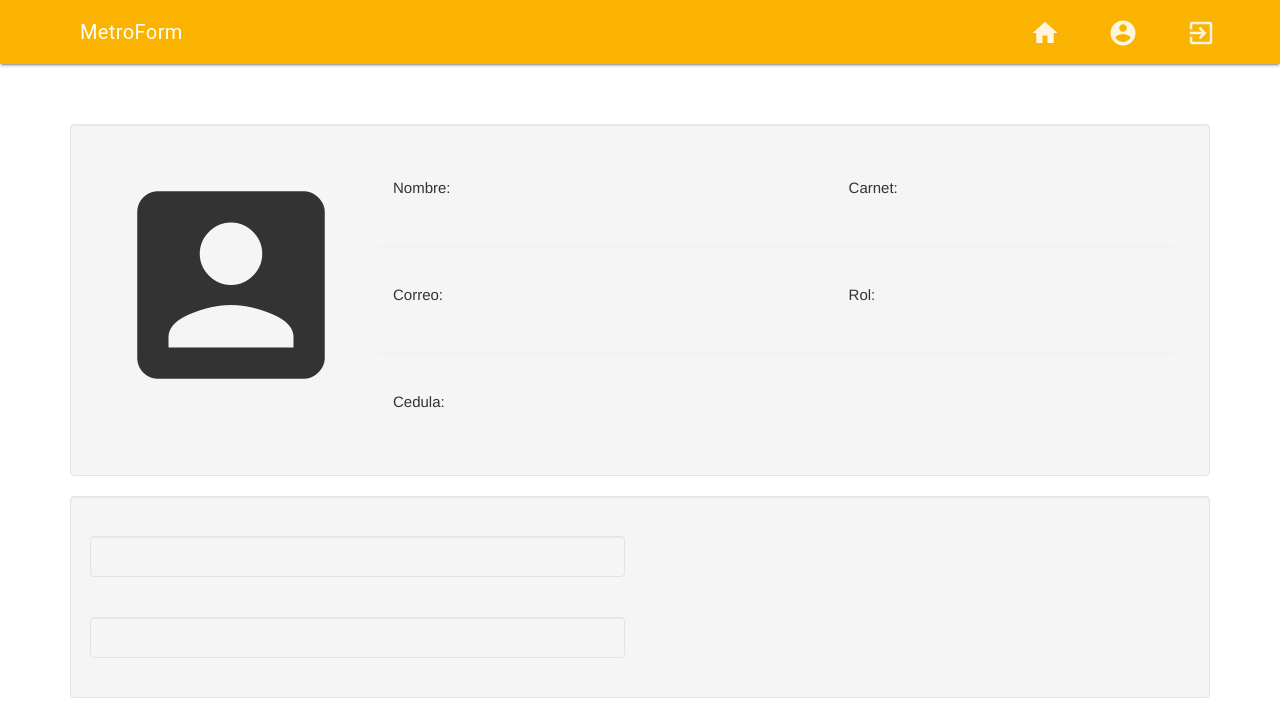
Repository: rodolfofranco/Metroform
Page: Vistas/Usuario.html
The author's editor kept a record of every edit. The page is drawn from the files as they stood at one moment, then again after the next edit.
The browser window is 1280 px wide. The pictures show the whole page.
The page's requests for data from a server got no answer. Some web libraries are served in a nearby version.

Above is the page before.

### Vistas/Usuario.html
<!doctype html>
<html lang="en">
<head>
    <meta charset="UTF-8">
    <title>Usuario</title>
    <link rel="icon" href="https://docs.google.com/drawings/d/1ylcSicomADdqRAxfwIYxs4rZHaAItDxtS83HyI_O_Zs/pub?w=113&h=50">
    <link rel="stylesheet" href="https://fonts.googleapis.com/icon?family=Material+Icons">
    <link rel="stylesheet" href="https://code.getmdl.io/1.3.0/material.indigo-pink.min.css">
        <!-- Latest compiled and minified CSS -->
    <link rel="stylesheet" href="https://maxcdn.bootstrapcdn.com/bootstrap/3.3.7/css/bootstrap.min.css" integrity="sha384-BVYiiSIFeK1dGmJRAkycuHAHRg32OmUcww7on3RYdg4Va+PmSTsz/K68vbdEjh4u" crossorigin="anonymous">

    <!-- Latest compiled and minified JavaScript -->
    <script type = "text/javascript" src = "https://code.jquery.com/jquery-3.1.1.min.js"></script>
    <script src="https://maxcdn.bootstrapcdn.com/bootstrap/3.3.7/js/bootstrap.min.js" integrity="sha384-Tc5IQib027qvyjSMfHjOMaLkfuWVxZxUPnCJA7l2mCWNIpG9mGCD8wGNIcPD7Txa" crossorigin="anonymous"></script>
    <script defer src="https://code.getmdl.io/1.3.0/material.min.js"></script>
    <link rel="stylesheet" href="css/Usuario.css">
</head>
<body>
<!-- Always shows a header, even in smaller screens. -->
<div class="mdl-layout mdl-js-layout mdl-layout--fixed-header">
  <header class="mdl-layout__header" style="background-color: #f9b300">
    <div class="mdl-layout__header-row">
      <!-- Title -->
      <span class="mdl-layout-title">MetroForm</span>
      <!-- Add spacer, to align navigation to the right -->
      <div class="mdl-layout-spacer"></div>
      <!-- Navigation. We hide it in small screens. -->
      <nav class="mdl-navigation mdl-layout--large-screen-only">
      <a class="mdl-navigation__link links" href="/Home">
        <div class=""></div>
        <i class="icon material-icons" id="iconHome" style="text-allign:right ; font-size: 30px">home</i>
        <div class="mdl-tooltip mdl-tooltip--large" for="iconHome">
          Inicio
        </div>
      </a>
      <a class="mdl-navigation__link links" href="/Usuario">
        <i class="icon material-icons" id="iconAccount" style="text-allign:right ; font-size: 30px">account_circle</i>
        <div class="mdl-tooltip mdl-tooltip--large" id="perfil" for="iconAccount">

        </div>
      </a>
      <a class="mdl-navigation__link links" href="/logout">
        <i class="icon material-icons" id="iconLogout" style="text-allign:right ; font-size: 30px">exit_to_app</i>
        <div class="mdl-tooltip mdl-tooltip--large" for="iconLogout">
          Salir
        </div>
      </a>
      </nav>

    </div>
  </header>
  <div class="mdl-layout__drawer">
    <span class="mdl-layout-title">Menu</span>
    <nav class="mdl-navigation" id="menu">
    </nav>
  </div>
   <!-- Acá va el contenido de la vista -->
  <main class="mdl-layout__content">
    <div class="page-content container">
      <br>
      <br>
      <br>
      <div class="well">
        <div class="mdl-grid">

          <div class="mdl-cell mdl-cell--3-col">
            <i class="material-icons resize">account_box</i>
          </div>

          <div class="mdl-cell mdl-cell--9-col">
            <div class="mdl-grid">
              <div class="mdl-cell mdl-cell--1-col">
                <p class="datos-Perfil">Nombre:</p>
              </div>
              <div id="nombre" class="mdl-cell mdl-cell--6-col">
              </div>
              <div class="mdl-cell mdl-cell--1-col">
                <p class="datos-Perfil" id="car">Carnet:</p>
              </div>
              <div id="carnet" class="mdl-cell mdl-cell--4-col">

              </div>
            </div>
            <hr>
            <div class="mdl-grid">
              <div class="mdl-cell mdl-cell--1-col">
                <p class="datos-Perfil">Correo:</p>
              </div>
              <div id="correo" class="mdl-cell mdl-cell--6-col">

              </div>
              <div class="mdl-cell mdl-cell--1-col">
                <p class="datos-Perfil">Rol:</p>
              </div>
              <div id="rol" class="mdl-cell mdl-cell--4-col">

              </div>
            </div>
            <hr>
            <div class="mdl-grid">
              <div class="mdl-cell mdl-cell--1-col">
                <p class="datos-Perfil" id="ced">Cedula:</p>
              </div>
              <div id="cedula" class="mdl-cell mdl-cell--6-col">

              </div>
            </div>
          </div>

        </div>
      </div>
      <div class="well">
        <center>
          <div class="row">
            <div class="col-sm-6" >
              <div id="titulo2">

              </div>
              <table class="mdl-data-table mdl-js-data-table mdl-data-table mdl-shadow--2dp">

                  <thead id="tablaDocente">

                  </thead>

                <tbody id="matDocente">

                </tbody>

              </table>
              <br>
        <div class="well">
        <center>
          <div class="row">
            <div class="col-sm-6" >
              <div id="titulo">

              </div>
              <table class="mdl-data-table mdl-js-data-table mdl-data-table mdl-shadow--2dp">

                  <thead id="tablaUsuario">

                  </thead>

                <tbody id="matUsuario">

                </tbody>

              </table>
            </div>
            <div class="col-sm-6" id="est" style="display:none">
                <div id="titulo2">

                </div>
                <form action="/Usuario" id="retirar" method="POST">
                  <select class="form-control"  name="materia" id="materia">
                    <option selected="selected" disabled>Seleccione la Materia a retirar</option>
                  </select>
                  <br>
                  <br>
                  <br>
                  <div id="enviar">

                  </div>
                </form>

              </div>

            </div>
          </div>

          <br>

          <div class="well">
        <center>
          <div class="row">
            <div class="col-sm-6" >
              <div id="titulo3">

              </div>
              <table class="mdl-data-table mdl-js-data-table mdl-data-table mdl-shadow--2dp">

                  <thead id="tablaJefe">

                  </thead>

                <tbody id="matDocente">

                </tbody>

              </table>

        </center>


    </div>
  </main>
</div>
<script type="text/javascript" src="js/usuarioActivo.js"></script>
<script type="text/javascript" src="js/materiaUsuario.js"></script>
</body>
</html>

### css/Usuario.css
.mdl-layout__drawer .mdl-navigation .mdl-navigation__link:hover {
    background-color: #90caf9;
}

.background {
    background-image: url("http://www.unimet.edu.ve/unimetsite/wp-content/themes/unimet/images/bg-unimet.jpg");
    background-repeat: no-repeat;
}

.datos-Perfil{
    font-size: 15px;
}

.perfil{
    font-size: 25px;
}

i.material-icons.resize{
    font-size:250px;
}

### js/usuarioActivo.js
$(document).ready(function() {
    // all custom jQuery will go here

    let urlE = "https://metroform-aleguerrero.c9users.io/usuarioActivo";
    let urlJefes= "https://metroform-aleguerrero.c9users.io/getJefes";
    let urlDocentes = "https://metroform-aleguerrero.c9users.io/getDocentes";


        $.getJSON(urlE,function(data){
            $.getJSON(urlDocentes,function(docente){
                $.getJSON(urlJefes,function(jefe){
                    if(data.scope!="admin"){
                        $('#perfil').append(data.nombre);
                        $('#nombre').append('<p class="perfil">'+data.nombre+'</p>');
                        $('#carnet').append('<p class="perfil">'+data.carnet+'</p>');
                        $('#cedula').append('<p class="perfil">'+data.cedula+'</p>');
                        $('#correo').append('<p class="perfil">'+data.correo+'</p>');
                        $('#rol').append('<p class="perfil">'+data.scope+'</p>');
                    }



                    if(data.scope=="admin"){
                        $('#perfil').append('Admin');
                        $('#nombre').append('<p class="perfil">Admin</p>');
                        $('#car').remove();
                        $('#ced').remove();
                        $('#correo').append('<p class="perfil">admin@admin.com</p>');
                        $('#rol').append('<p class="perfil">Admin</p>');
                    }

                    $('#menu').append('<a class="mdl-navigation__link links" style="text-decoration:none"href="/Home"><i class="material-icons">home</i>    Inicio</a>');
                    if(data.scope=="Estudiante"){
                        $('#menu').append('<a class="mdl-navigation__link links" style="text-decoration:none" href="/EncuestaB">'+
                        '<i class="material-icons">description</i>Encuesta</a>')
                    }
                    if(data.scope=="Estudiante"){
                        $('#menu').append('<a class="mdl-navigation__link links" style="text-decoration:none" href="/Inscripcion">'+
                        '<i class="material-icons">control_point</i>Inscripcion</a>')
                    }
                    if(data.scope=="Profesor"){
                        $('#menu').append('<a class="mdl-navigation__link links" style="text-decoration:none" href="/EncuestaA">'+
                        '<i class="material-icons">description</i>Encuesta</a>')
                    }
                    if(data.scope=="Profesor"){
                        $('#menu').append('<a class="mdl-navigation__link links" style="text-decoration: none" href="/Reporte"><i class="material-icons">info_outline</i>    Reporte</a>')
                    }
                    $('#menu').append('<a class="mdl-navigation__link links" style="text-decoration:none"href="/Docentes"><i class="material-icons">list</i>   Secciones</a>');
                    $('#menu').append('<a class="mdl-navigation__link links" style="text-decoration:none" href="/Usuario">'+
                    '<i class="icon material-icons" id="iconAccount" style="text-allign:right; font-size: 30px">account_circle</i>Perfil</a>');
                    if(data.scope=="admin"){
                        $('#menu').append('<a class="mdl-navigation__link links" style="text-decoration: none" href="/Modificaciones"><i class="material-icons">info_outline</i>    Modificaciones</a>')
                    }
                    $('#menu').append('<a class="mdl-navigation__link links" style="text-decoration:none"href="/logout"><i class="material-icons">exit_to_app</i>    Salir</a>');

                    //BOTONES DE INICIO

                    if(data.scope=="Estudiante"){
                        $('#menu2').append('<a href="/EncuestaB" class="col-sm-3"  style="text-decoration:none">'+
                                                '<div class="bot2" style="text-decoration:none">REALIZA LA ENCUESTA!</div>'+
                                            '</a>'+
                                          '<a href="/Inscripcion" class="col-sm-3" style="text-decoration:none">'+
                                                '<div class="bot2" style="text-decoration:none">INSCRIBE TUS MATERIAS!</div>'+
                                          '</a>'+
                                          '<a href="/Docentes" class="col-sm-3" style="text-decoration:none">'+
                                                '<div class="bot2" style="text-decoration:none">MIRA LAS SECCIONES!</div>'+
                                          '</a>'+
                                          '<a href="/Usuario" class="col-sm-3" style="text-decoration:none">'+
                                                '<div class="bot2" style="text-decoration:none">RETIRA LAS MATERIAS!</div>'+
                                          '</a>');

                    }
                    if(data.scope=="Profesor"){
                        $('#menu2').append('<a href="/EncuestaA" class="col-sm-4"  style="text-decoration:none">'+
                                                '<div class="bot" style="text-decoration:none">REALIZAR LA ENCUESTA!</div>'+
                                            '</a>'+
                                          '<a href="/Reporte" class="col-sm-4" style="text-decoration:none">'+
                                                '<div class="bot" style="text-decoration:none">PIDE TU REPORTE!</div>'+
                                          '</a>'+
                                          '<a href="/Docentes" class="col-sm-4" style="text-decoration:none">'+
                                                '<div class="bot" style="text-decoration:none">MIRA LAS SECCIONES!</div>'+
                                          '</a>');

                    }




                });
            });
        });

});

Loaded but not shown: js/materiaUsuario.js (352 lines, source omitted)

After the next edit:
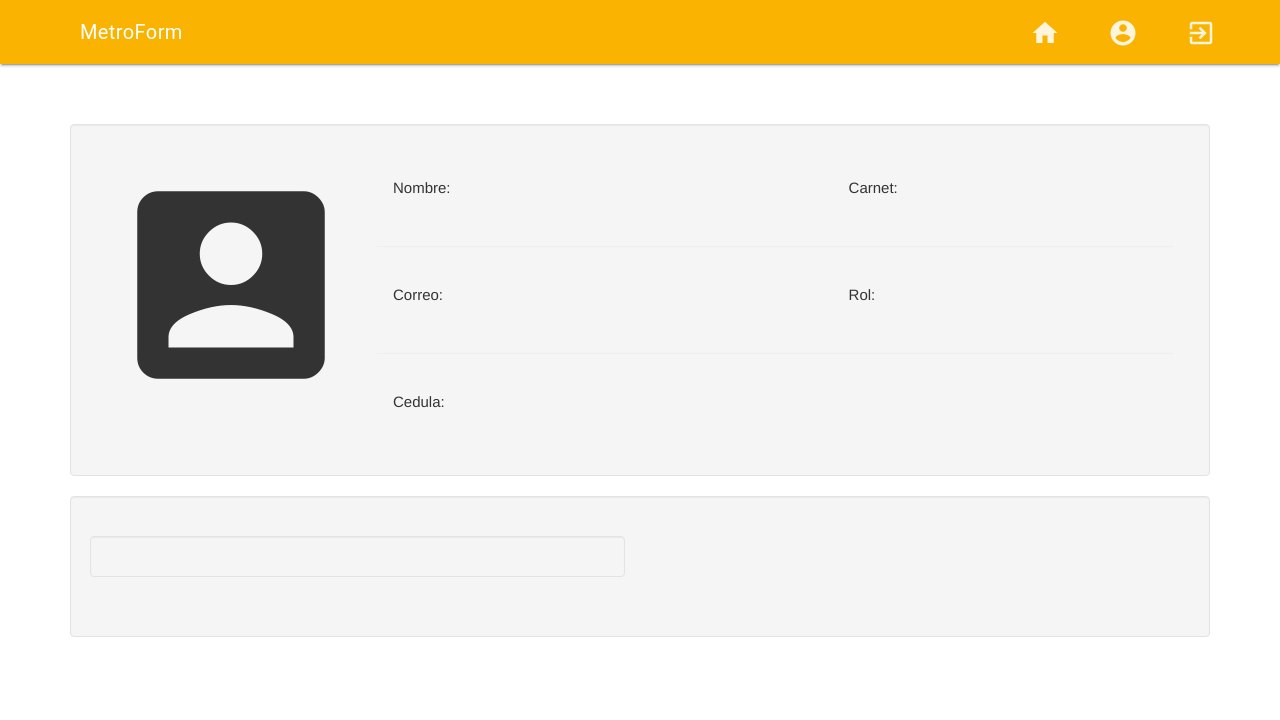
The edit:
--- a/Vistas/Usuario.html
+++ b/Vistas/Usuario.html
@@ -170,24 +170,7 @@
 
           <br>
 
-          <div class="well">
-        <center>
-          <div class="row">
-            <div class="col-sm-6" >
-              <div id="titulo3">
 
-              </div>
-              <table class="mdl-data-table mdl-js-data-table mdl-data-table mdl-shadow--2dp">
-
-                  <thead id="tablaJefe">
-
-                  </thead>
-
-                <tbody id="matDocente">
-
-                </tbody>
-
-              </table>
 
         </center>
 
